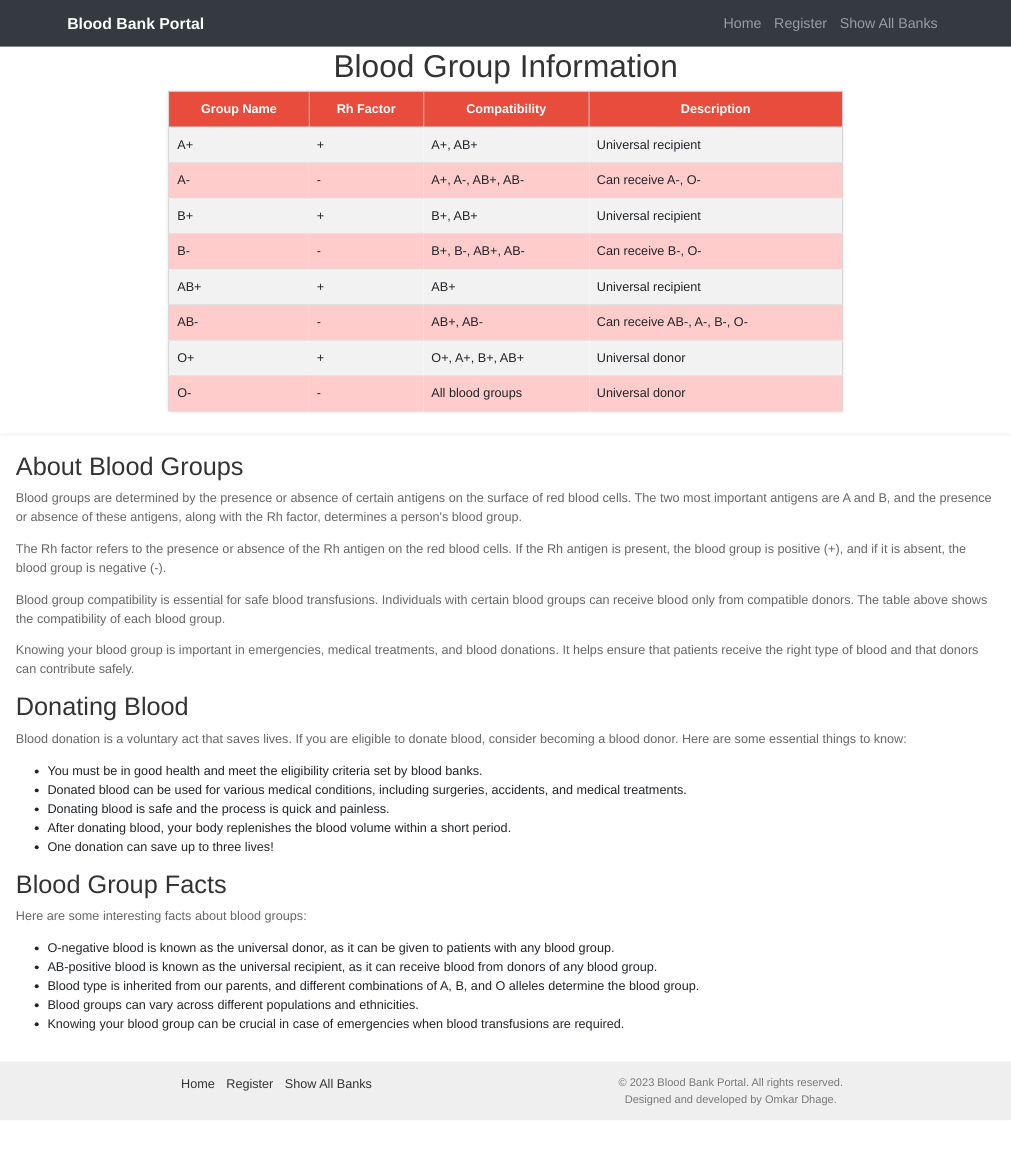
Repository: omi4535/Decentralized_Blood_Bank_System
Page: http://localhost/blood_bank_system/blood_groups_info.jsp
The author's editor kept a copy of each file at every save. The page is drawn from the files as they stood at one save, then again after the next save.
The browser window is 1280 px wide. The pictures show the whole page, at 79% of full size.
Some web libraries are served in a nearby version. The page is served by Tomcat 9. Other server files are loaded and not shown.

Above is the page before, as saved 2023-07-04 19:53:23.

### blood bank system/src/main/webapp/blood_groups_info.jsp
<%@ page language="java" contentType="text/html; charset=UTF-8"
    pageEncoding="UTF-8"%>
<!DOCTYPE html>
<html>
<head>
    <title>Blood Group Information</title>
    <style>
        body {
            font-family: Arial, sans-serif;
            margin: 20px;
            background-color: #f2f2f2;
        }

        h1 {
            text-align: center;
            color: #333;
        }

        table {
         text-align: center;
           width: 66.67%;
           	margin:  auto;
            border-collapse: collapse;
            margin-top: 20px;
            background-color: #fff;
            box-shadow: 0 0 5px rgba(0, 0, 0, 0.1);
        }

        th, td {
            padding: 10px;
            text-align: left;
            border-bottom: 1px solid #ddd;
        }

        th {
            background-color: #f5f5f5;
            font-weight: bold;
            color: #333;
        }

        .info-section {
            margin-top: 30px;
            padding: 20px;
            background-color: #fff;
            box-shadow: 0 0 5px rgba(0, 0, 0, 0.1);
        }

        .info-section h2 {
            color: #333;
            margin-bottom: 10px;
        }

        .info-section p {
            color: #666;
            line-height: 1.5;
        }
         table {
        width: 66.67%;
        margin: 0 auto;
        border-collapse: collapse;
    }

    th {
        background-color: #E74C3C; /* Red color for table header */
        color: #FFFFFF; /* White text color for table header */
        text-align: center;
        padding: 10px;
        border: 1px solid #CCCCCC;
    }

    tr {

    background-color: #ffcccc;
     text-align: center;
        padding: 10px;
        border: 1px solid #CCCCCC; /* Light gray border color for table cells */
    }

    tr:nth-child(even) {
        background-color: #F2F2F2; /* Light gray background color for even rows */
    }

    tr:hover {
        background-color: #ff4d4d; /* Yellow background color for hover effect on rows */
    }
     .info-container {
        width: 60%;
        margin: 0 auto;
        text-align: center;
        background-color: #F8F8F8;
        padding: 20px;
        border: 1px solid #CCCCCC;
        border-radius: 5px;
    }

    .info-container h2 {
        color: #E74C3C;
        font-size: 24px;
        margin-bottom: 10px;
    }

    .info-container p {
        color: #333333;
        font-size: 16px;
        line-height: 1.5;
    }
    </style>
</head>
<body>
 <%@ include file="NavBar.jsp"  %>
    <h1>Blood Group Information</h1>

    <table>
        <tr>
            <th>Group Name</th>
            <th>Rh Factor</th>
            <th>Compatibility</th>
            <th>Description</th>
        </tr>
        <tr>
            <td>A+</td>
            <td>+</td>
            <td>A+, AB+</td>
            <td>Universal recipient</td>
        </tr>
        <tr>
            <td>A-</td>
            <td>-</td>
            <td>A+, A-, AB+, AB-</td>
            <td>Can receive A-, O-</td>
        </tr>
        <tr>
            <td>B+</td>
            <td>+</td>
            <td>B+, AB+</td>
            <td>Universal recipient</td>
        </tr>
        <tr>
            <td>B-</td>
            <td>-</td>
            <td>B+, B-, AB+, AB-</td>
            <td>Can receive B-, O-</td>
        </tr>
        <tr>
            <td>AB+</td>
            <td>+</td>
            <td>AB+</td>
            <td>Universal recipient</td>
        </tr>
        <tr>
            <td>AB-</td>
            <td>-</td>
            <td>AB+, AB-</td>
            <td>Can receive AB-, A-, B-, O-</td>
        </tr>
        <tr>
            <td>O+</td>
            <td>+</td>
            <td>O+, A+, B+, AB+</td>
            <td>Universal donor</td>
        </tr>
        <tr>
            <td>O-</td>
            <td>-</td>
            <td>All blood groups</td>
            <td>Universal donor</td>
        </tr>
    </table>

    <div class="info-section">
          <h2>About Blood Groups</h2>
        <p>Blood groups are determined by the presence or absence of certain antigens on the surface of red blood cells. The two most important antigens are A and B, and the presence or absence of these antigens, along with the Rh factor, determines a person's blood group.</p>
        <p>The Rh factor refers to the presence or absence of the Rh antigen on the red blood cells. If the Rh antigen is present, the blood group is positive (+), and if it is absent, the blood group is negative (-).</p>
        <p>Blood group compatibility is essential for safe blood transfusions. Individuals with certain blood groups can receive blood only from compatible donors. The table above shows the compatibility of each blood group.</p>
        <p>Knowing your blood group is important in emergencies, medical treatments, and blood donations. It helps ensure that patients receive the right type of blood and that donors can contribute safely.</p>

        <h2>Donating Blood</h2>
        <p>Blood donation is a voluntary act that saves lives. If you are eligible to donate blood, consider becoming a blood donor. Here are some essential things to know:</p>
        <ul>
            <li>You must be in good health and meet the eligibility criteria set by blood banks.</li>
            <li>Donated blood can be used for various medical conditions, including surgeries, accidents, and medical treatments.</li>
            <li>Donating blood is safe and the process is quick and painless.</li>
            <li>After donating blood, your body replenishes the blood volume within a short period.</li>
            <li>One donation can save up to three lives!</li>
        </ul>
        <h2>Blood Group Facts</h2>
        <p>Here are some interesting facts about blood groups:</p>
        <ul>
            <li>O-negative blood is known as the universal donor, as it can be given to patients with any blood group.</li>
            <li>AB-positive blood is known as the universal recipient, as it can receive blood from donors of any blood group.</li>
            <li>Blood type is inherited from our parents, and different combinations of A, B, and O alleles determine the blood group.</li>
            <li>Blood groups can vary across different populations and ethnicities.</li>
            <li>Knowing your blood group can be crucial in case of emergencies when blood transfusions are required.</li>
        </ul></div>
     <%@ include file="footer.jsp"  %>
</body>
</html>

### blood bank system/src/main/webapp/NavBar.jsp
<%@ page language="java" contentType="text/html; charset=UTF-8"
    pageEncoding="UTF-8"%>
<!DOCTYPE html>
<html>
<head>
    <meta charset="UTF-8">
    <meta name="viewport" content="width=device-width, initial-scale=1.0">
    <title>Blood Bank Portal</title>
    <link rel="stylesheet" href="https://maxcdn.bootstrapcdn.com/bootstrap/4.5.2/css/bootstrap.min.css">
    <style>
        .navbar-brand {
            font-weight: bold;
        }

        .navbar-nav .nav-link {
            font-size: 18px;
        }
    </style>
</head>
<body>
    <nav class="navbar navbar-expand-lg navbar-dark bg-dark">
        <div class="container">
            <a class="navbar-brand" href="index.jsp">Blood Bank Portal</a>
            <button class="navbar-toggler" type="button" data-toggle="collapse" data-target="#navbarNav" aria-controls="navbarNav" aria-expanded="false" aria-label="Toggle navigation">
                <span class="navbar-toggler-icon"></span>
            </button>
            <div class="collapse navbar-collapse" id="navbarNav">
                <ul class="navbar-nav ml-auto">
                    <li class="nav-item">
                        <a class="nav-link" href="index.jsp">Home</a>
                    </li>
                    <li class="nav-item">
                        <a class="nav-link" href="registration.jsp">Register</a>
                    </li>
                    <li class="nav-item">
                        <a class="nav-link" href="/all_banks">Show All Banks</a>
                    </li>
                </ul>

            </div>
        </div>
    </nav>

</body>
</html>

### blood bank system/src/main/webapp/footer.jsp
<%@ page language="java" contentType="text/html; charset=UTF-8"
	pageEncoding="UTF-8"%>
<!DOCTYPE html>
<html lang="en">
<head>
<meta charset="UTF-8">
<meta name="viewport" content="width=device-width, initial-scale=1.0">
<title>Blood Bank Portal</title>
<link rel="stylesheet"
	href="https://maxcdn.bootstrapcdn.com/bootstrap/4.5.2/css/bootstrap.min.css">
<style>

*,
*:before,
*:after {
  -webkit-box-sizing: border-box;
  -moz-box-sizing:    border-box;
  box-sizing:         border-box;
}

html {
  height: 100%;
}

body {
  position: relative;
  margin: 0;
  padding-bottom: 4rem;
  min-height: 100%;
  font-family: "Helvetica Neue", Arial, sans-serif;
}

.footer {
	background-color: #f8f9fa;
	padding: 20px;
	position: relative;
	right: 0;
	bottom: 0;
	left: 0;
	padding: 1rem;
	background-color: #efefef;
	text-align: center;
}

.footer-links a {
	color: #333;
	margin-right: 10px;
}

.footer-info {
	color: #777;
	font-size: 14px;
}
</style>
</head>
<body>


	<footer class="footer">
		<div class="container">
			<div class="row">
				<div class="col-md-6">
					<div class="footer-links">
						<a href="index.jsp">Home</a>
						<a href="registration.jsp">Register</a>
						<a href="All_banks.jsp">Show All Banks</a>
					</div>
				</div>
				<div class="col-md-6">
					<div class="footer-info">
						&copy; 2023 Blood Bank Portal. All rights reserved. <br>
						Designed and developed by Omkar Dhage.
					</div>
				</div>
			</div>
		</div>
	</footer>

	<script src="https://code.jquery.com/jquery-3.5.1.slim.min.js"></script>
	<script
		src="https://cdn.jsdelivr.net/npm/@popperjs/core@1.16.0/dist/umd/popper.min.js"></script>
	<script
		src="https://maxcdn.bootstrapcdn.com/bootstrap/4.5.2/js/bootstrap.min.js"></script>
</body>
</html>

After the next save:
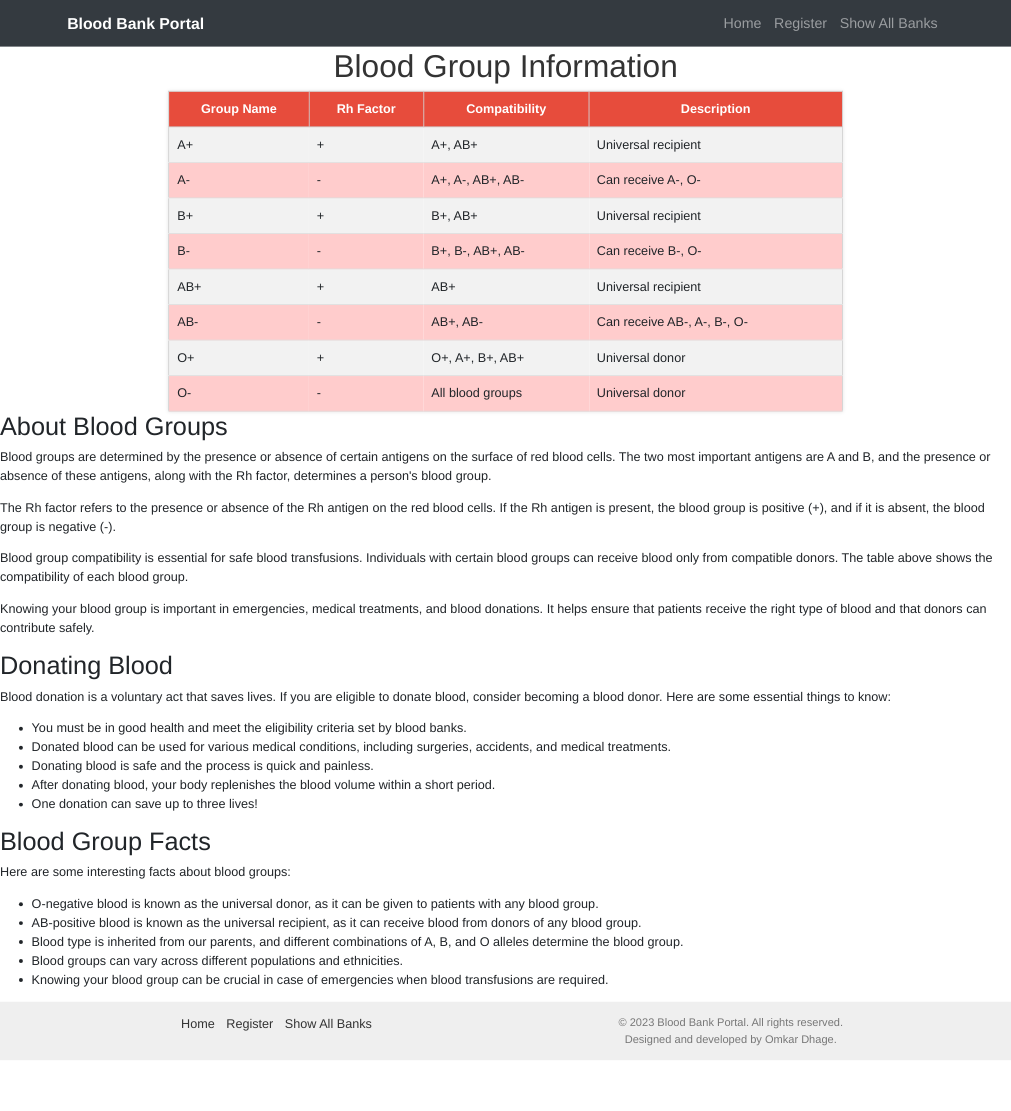
Saved 7 s later.
--- a/blood bank system/src/main/webapp/blood_groups_info.jsp
+++ b/blood bank system/src/main/webapp/blood_groups_info.jsp
@@ -38,22 +38,7 @@
             color: #333;
         }
 
-        .info-section {
-            margin-top: 30px;
-            padding: 20px;
-            background-color: #fff;
-            box-shadow: 0 0 5px rgba(0, 0, 0, 0.1);
-        }
 
-        .info-section h2 {
-            color: #333;
-            margin-bottom: 10px;
-        }
-
-        .info-section p {
-            color: #666;
-            line-height: 1.5;
-        }
          table {
         width: 66.67%;
         margin: 0 auto;

After the save that followed:
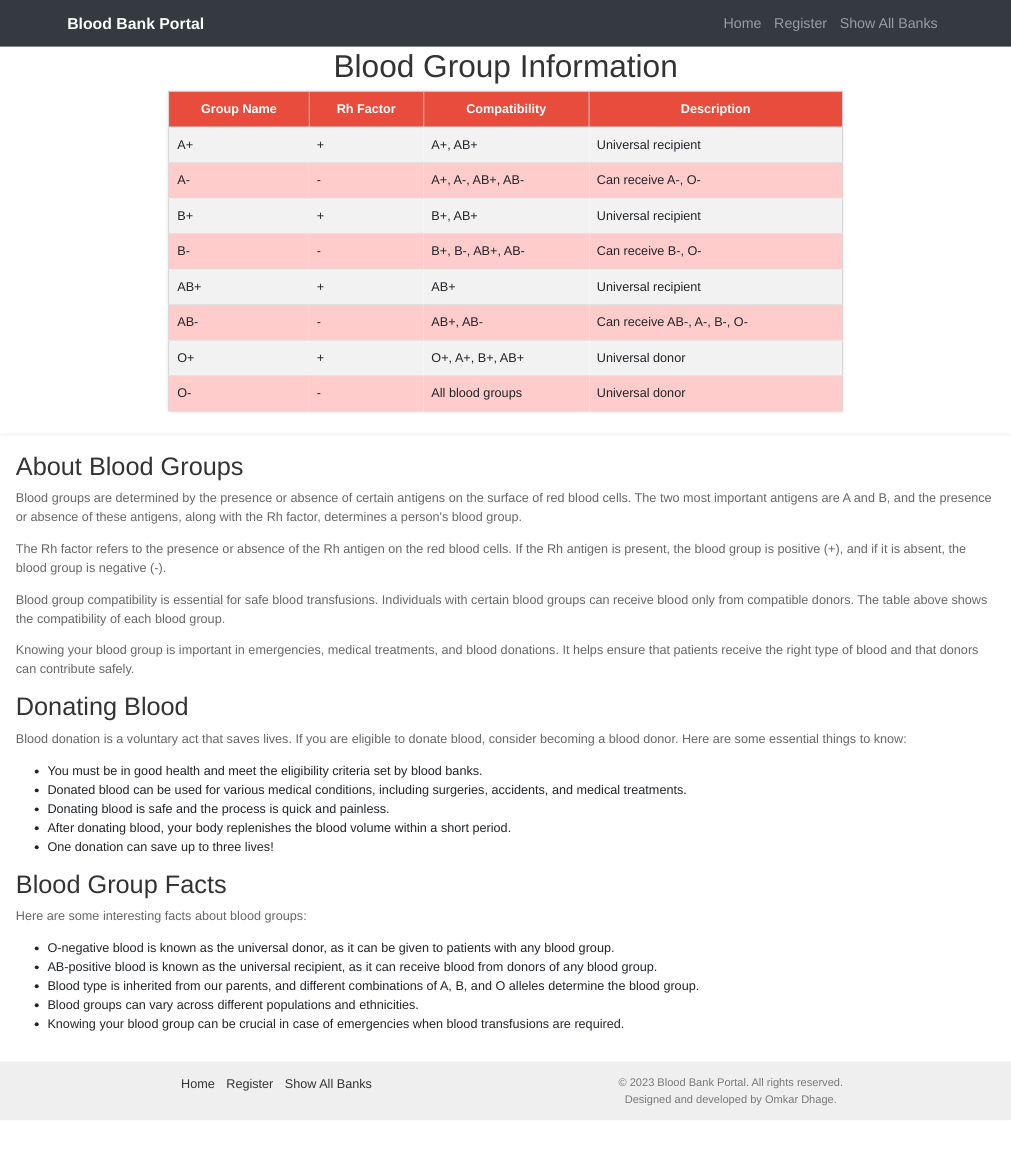
Saved 9 s later.
--- a/blood bank system/src/main/webapp/blood_groups_info.jsp
+++ b/blood bank system/src/main/webapp/blood_groups_info.jsp
@@ -38,7 +38,22 @@
             color: #333;
         }
 
+        .info-section {
+            margin-top: 30px;
+            padding: 20px;
+            background-color: #fff;
+            box-shadow: 0 0 5px rgba(0, 0, 0, 0.1);
+        }
 
+        .info-section h2 {
+            color: #333;
+            margin-bottom: 10px;
+        }
+
+        .info-section p {
+            color: #666;
+            line-height: 1.5;
+        }
          table {
         width: 66.67%;
         margin: 0 auto;
